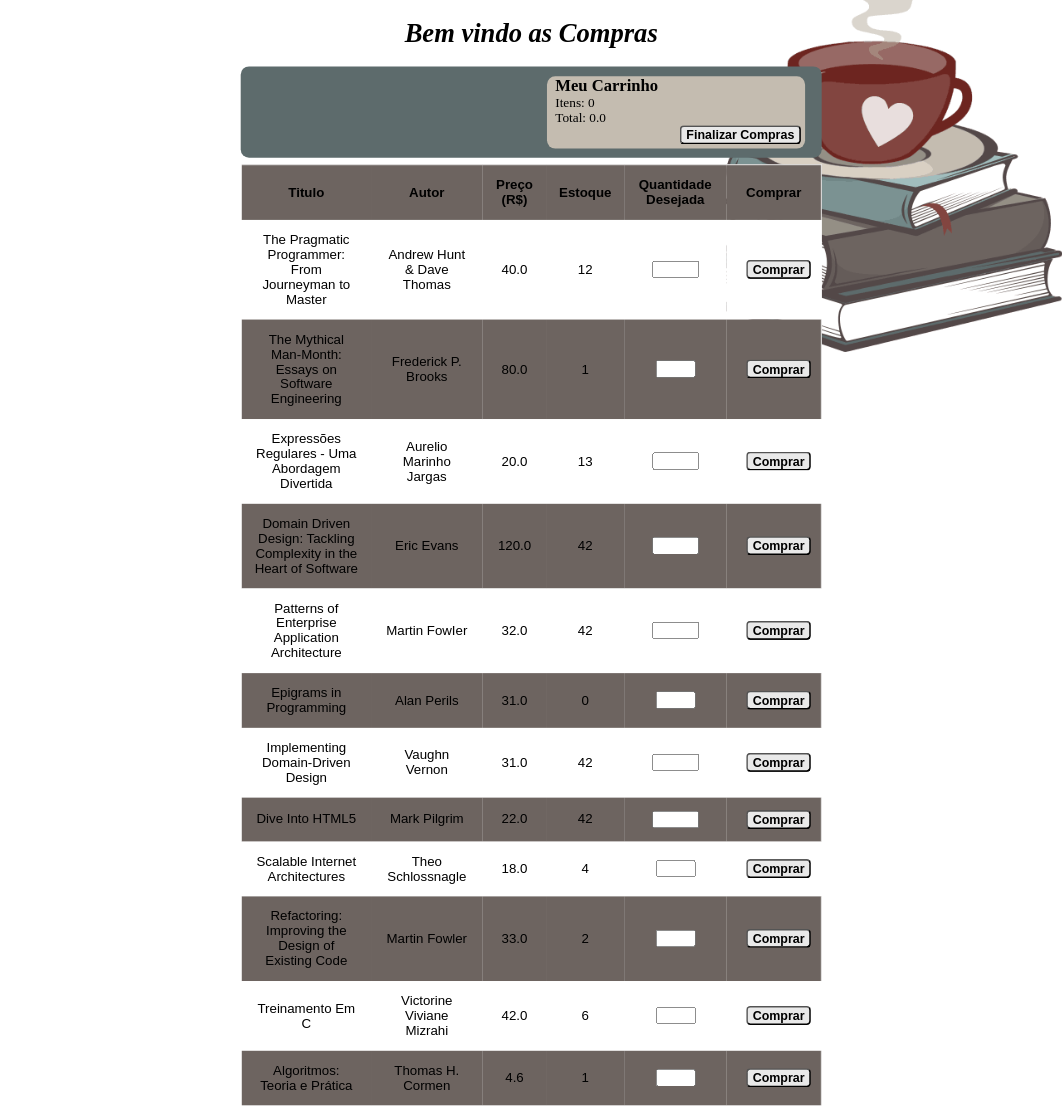
Repository: gabriellacrystina/ProjetoTegra
Page: http://localhost/book-store/Produtos
An editor plug-in stored every save of this project. The page is shown before and after the next save, followed by the edit.
The browser window is 1280 px wide. The pictures show the whole page, at 83% of full size.
Backgrounds fixed to the window are drawn as part of the page. The page is served by Tomcat 9. Other server files are loaded and not shown.

Above is the page before, as saved 2016-07-06 20:33:10.

### book-store/WebContent/index.jsp
<%@ page language="java" contentType="text/html; charset=UTF-8"
    pageEncoding="UTF-8"%>
<%@ page import="model.Produto" %>
<%@ page import="model.Item" %>
<%@ page import="java.util.ArrayList" %>
<%@ page import="java.util.List" %>

<!DOCTYPE html PUBLIC "-//W3C//DTD HTML 4.01 Transitional//EN" "http://www.w3.org/TR/html4/loose.dtd">
<html>
	<head>
		<meta http-equiv="Content-Type" content="text/html; charset=UTF-8">
		<link rel="stylesheet" type="text/css" href="book_store_stile.css">
		<script src="controle-compra.js"></script>
		<title>BookStore</title>
	</head>
	<body>
		<div class="cabecalho">
			<h1>Bem vindo as Compras</h1>
		</div>
		<%
			//Retirar esta lógica daqui!!
			ArrayList<Item> livrosEscolhidos = (ArrayList<Item>)session.getAttribute("listaItens");
			int qtde=0;
			double total=0;
			if( livrosEscolhidos != null){
				for(Item i: livrosEscolhidos){
					qtde = qtde + i.getQuantidade();
					total = total +  i.getProduto().getPreco() * i.getQuantidade();

				}
			}
		%>
			<div class="meu-carrinho">
				<div class="carrinho">
					<label id="meu-carrinho">Meu Carrinho</label><br>
						Itens: <output class="lbl-itens" id="qtde-itens" name="quantidade-itens"><%=qtde%></output><br>
						Total: <output class="lbl-total" id="total" name="total-itens"><%=total%></output><br>
						<a href="meuCarrinho.jsp"><button type="submit" class="btn" id="btn-finalizar-compra">Finalizar Compras</button></a>
				</div>
			</div>

			<table id="tbl-books">
			  <tr>
			    <th>Titulo</th>
			    <th>Autor</th>
			    <th>Preço (R$)</th>
			    <th>Estoque</th>
			    <th>Quantidade Desejada</th>
			    <th>Comprar</th>
			  </tr>
			  <%
				List<Produto> produtos = (ArrayList<Produto>)session.getAttribute("listaProdutos");
			  	for(Produto p: produtos){
		  		%>
		  			<tr class="livros">
						<td class="nome-livro"><%= p.getTitulo() %></td>
						<td class="nome-autor"><%= p.getAutor() %></td>
						<td class="preco"><%= p.getPreco() %></td>
						<td class="estoque"><%= p.getEstoque() %></td>
						<td><input type="number" name="qtde-desejada" min="1" max="<%= p.getEstoque()%>" maxlength="2" size="2"></input></td>
						<td>
							<form action="Produtos" method="post" name="produtos" >
								<input type="hidden" name="id-livro" value="<%=p.getId()%>">
								<button class="btn btn-comprar" type="submit">Comprar</button>
							</form>

						</td>
					</tr>
		  		<%
			  	}
			  %>
			</table>
		</body>
</html>

### book-store/src/servlet/BuscaProdutos.java
package servlet;

import java.io.IOException;

import javax.servlet.ServletException;
import javax.servlet.annotation.WebServlet;
import javax.servlet.http.HttpServlet;
import javax.servlet.http.HttpServletRequest;
import javax.servlet.http.HttpServletResponse;
import javax.servlet.http.HttpSession;

import java.util.ArrayList;
import java.util.List;

import model.Item;
import model.Produto;
import dao.ProdutoDAO;

/**
 * Servlet implementation class BuscaProdutos
 * Classe responsavel por gerar uma lista estatica de produtos;
 * E ainda montar uma lista de livros escolhidos pelo o usuário.
 *
 */
@WebServlet("/Produtos")
public class BuscaProdutos extends HttpServlet {
	private static final long serialVersionUID = 1L;

    /**
     * @see HttpServlet#HttpServlet()
     */
    public BuscaProdutos() {
        super();
        // TODO Auto-generated constructor stub
    }

	/**
	 * @see HttpServlet#doGet(HttpServletRequest request, HttpServletResponse response)
	 */
	protected void doGet(HttpServletRequest request, HttpServletResponse response) throws ServletException, IOException {

		HttpSession sessao = request.getSession();

		//Gerando lista estatica.
		List<Produto> produtos = new ProdutoDAO().getListaProdutos();

		//colocando na sessao a lista de produtos
		sessao.setAttribute("listaProdutos", produtos);

		//redirecionar pro index.
		request.getRequestDispatcher("index.jsp").forward(request, response);
	}

	/**
	 * @see HttpServlet#doPost(HttpServletRequest request, HttpServletResponse response)
	 */
	protected void doPost(HttpServletRequest request, HttpServletResponse response) throws ServletException, IOException {
		HttpSession sessao = request.getSession();
		Item item = new Item();
		Produto produto;
		double subtotal = 0, total=0;
		Integer indice, quantidade=0, qtdeLivros=0;
		Item itemEncontrado = null;

		//captura Lista de Produtos e LivrosEscolhidos da sessao.
		List<Produto> produtos = (ArrayList<Produto>) sessao.getAttribute("listaProdutos");
		ArrayList<Item> livrosEscolhidos = (ArrayList<Item>) sessao.getAttribute("listaItens");

		if(livrosEscolhidos == null){
			livrosEscolhidos = new ArrayList<Item>();
			sessao.setAttribute("listaItens", livrosEscolhidos);
		}

		//Indice do livro
		indice = Integer.parseInt(request.getParameter("id-livro"));
		produto = produtos.get(indice);

		if(produto.contemEstoqueDisponivel()){
			/**Montando um item para adicionar em livrosEscolhidos.**/
			//Se a lista estiver vazia
			if(livrosEscolhidos.isEmpty()){
				//add item
				item.setProduto(produto);

				quantidade = item.getQuantidade() + 1;
				item.setQuantidade(quantidade);

				subtotal = quantidade * produto.getPreco();
				item.setSubtotal(subtotal);

				livrosEscolhidos.add(item);

				produto.atualizaEstoqueVenda();
			}else{
				//Senao percorre a lista
				for(int i=0; i<livrosEscolhidos.size(); i++){
					//verifica se o item a ser adicionado já existe na lista de livros Escolhidos
					if(produto.getTitulo().equals(livrosEscolhidos.get(i).getProduto().getTitulo())){
						itemEncontrado = livrosEscolhidos.get(i);
					}
				}
				//item já existe na lista?
				if(itemEncontrado != null){
					//atualiza a quantidade e o subtotal deste item
					itemEncontrado.adicionarQuantidade();

					itemEncontrado.adicionarSubtotal(produto.getPreco());

					produto.atualizaEstoqueVenda();
				}else{
					//senao adiciona um novo item na lista
					item.setProduto(produto);

					quantidade = item.getQuantidade() + 1;
					item.setQuantidade(quantidade);

					subtotal = quantidade * produto.getPreco();
					item.setSubtotal(subtotal);

					livrosEscolhidos.add(item);

					produto.atualizaEstoqueVenda();
				}
			}
		}

		//Total de livros e valor correspondente
		if( livrosEscolhidos != null){
			for(Item i: livrosEscolhidos){
				qtdeLivros = qtdeLivros + i.getQuantidade();
				total = total +  i.getProduto().getPreco() * i.getQuantidade();
			}
		}

		sessao.setAttribute("qtdeLivros", qtdeLivros);
		sessao.setAttribute("total", total);
		request.getRequestDispatcher("index.jsp").forward(request, response);
	}
}

### book-store/src/dao/ProdutoDAO.java
package dao;

import java.util.ArrayList;
import java.util.List;

import model.Produto;

/**
 * Produto(Data Object Access)
 *
 * Classe que simula acesso ao banco de dados
 */

public class ProdutoDAO {

	private final static List<Produto> listaProdutos = new ArrayList<>();

	static{
		adicionaProduto(new Produto("The Pragmatic Programmer: From Journeyman to Master", "Andrew Hunt & Dave Thomas", 40.00, 12));
		adicionaProduto(new Produto("The Mythical Man-Month: Essays on Software Engineering", "Frederick P. Brooks", 80.00, 1));
		adicionaProduto(new Produto("Expressões Regulares - Uma Abordagem Divertida", "Aurelio Marinho Jargas",20.00 ,13 ));
		adicionaProduto(new Produto("Domain Driven Design: Tackling Complexity in the Heart of Software", "Eric Evans", 120.00, 42));
		adicionaProduto(new Produto("Patterns of Enterprise Application Architecture", "Martin FowIer", 32.00, 42));
		adicionaProduto(new Produto("Epigrams in Programming", "Alan Perils", 31.00, 0));
		adicionaProduto(new Produto("Implementing Domain-Driven Design", "Vaughn Vernon", 31.00, 42));
		adicionaProduto(new Produto("Dive Into HTML5", "Mark Pilgrim", 22.00, 42));
		adicionaProduto(new Produto("Scalable Internet Architectures", "Theo Schlossnagle", 18.00, 4));
		adicionaProduto(new Produto("Refactoring: Improving the Design of Existing Code", "Martin Fowler", 33.00, 2));
		adicionaProduto(new Produto("Treinamento Em C", "Victorine Viviane Mizrahi", 42.00, 6));
		adicionaProduto(new Produto("Algoritmos: Teoria e Prática", "Thomas H. Cormen", 4.60, 1));
	}


	//Metodo que gera id automático e adiciona um produto na lista.
	private static void adicionaProduto(Produto produto){
		int id = listaProdutos.size();
		produto.setId(id);
		listaProdutos.add(produto);
	}

	public List<Produto> getListaProdutos(){
		return listaProdutos;
	}
}

### book-store/src/model/Produto.java
package model;

public class Produto {

	private int id;
	private String titulo;
	private String autor;
	private Double preco;
	private int estoque;

	public Produto(String titulo, String autor, Double preco, int estoque) {
		this.titulo = titulo;
		this.autor = autor;
		this.preco = preco;
		this.estoque = estoque;
	}

	public int getId(){
		return id;
	}

	public void setId(int id){
		this.id = id;
	}

	public String getTitulo() {
		return titulo;
	}

	public String getAutor() {
		return autor;
	}

	public Double getPreco() {
		return preco;
	}

	public int getEstoque() {
		return estoque;
	}

	public void atualizaEstoqueVenda(){
		this.estoque -= 1;
	}

	public void atualizaEstoqueDevolucao(){
		this.estoque += 1;
	}
}

### book-store/WebContent/book_store_stile.css
@CHARSET "ISO-8859-1";

body {
	background-image: url("teste.png");
	background-repeat: no-repeat;
	background-position: right top;
	background-attachment: fixed;
    width: 700px;
    margin-left: auto;
	margin-right: auto;
}

h1 {
	font-style: oblique;
	text-align: center;
    color: #000000;
}

#tbl-books {
	width: 100%;
	font-family: "Arial", "Helvetica", sans-serif;
	border: 1px solid #ffffff;
    border-collapse: collapse;

}

#tbl-books tr:nth-child(even){
	background-color: #FFFFFF
}

#tbl-books tr:nth-child(odd){
	background-color: #6D6460;

}

th, td {
    padding: 15px;
    text-align: center;
}

.meu-carrinho{
	width: 100%;
	height: 110px;
	border-radius: 10px;
    padding: 12px 20px;
    margin: 8px 0;
    box-sizing: border-box;
	background-color: #5D6B6C;
	margin-left: auto;
	margin-right: auto;
}
.carrinho{
	float: right;
	background-color: #c4bcb0;
	border-radius: 10px;
	padding-left: 10px;
	padding-bottom: 5px;
	margin-left: auto;
	margin-right: auto;
}

#meu-carrinho{
	font-size: 20px;
	font-weight: bold;
}

.btn {
	font-family: "Arial", "Helvetica", sans-serif;
	border-radius: 5px;
	font-size: 15px;
	font-weight: bold;
	margin-left: 150px;
	margin-right: 5px;
	background-color: #e9e9e9;
}

.btn-comprar{
	margin-left: 10%;
}

.it-carrinho{
	margin-right: 150px;
}

### book-store/WebContent/controle-compra.js
/**
 * Controle de Compra. Arquivo que valida dados do arquivo index.jsp
 */

//capturando a lista de objetos pacientes da tabela
var trLivros = document.getElementsByClassName("livros");

for(var i=0; i < trLivros.length; i++ ){
	var livroTr = trLivros[i];

	var tdId = livroTr.getElementsByClassName("id-livro");
	var tdNomeLivro = livroTr.getElementsByClassName("nome-livro");
	var tdNomeAutor = livroTr.getElementsByClassName("nome-autor");
	var tdPreco =livroTr.getElementsByClassName("preco");
	var tdEstoque = livroTr.getElementsByClassName("estoque");

	var LivroAtual = {
		id : tdId.textContent,
		nomeLivro : tdNomeLivro.textContent,
		nomeAutor : tdNomeAutor.textContent,
		preco : tdPreco.textContent,
		estoque : tdEstoque.textContent,
		validaEstoque : function(){
			if(this.estoque == 0){
				alert("Produto indisponível em estoque!!");
			}
		}
	}
}


function validaCarrinho(){
	var qtdeItens = document.getElementById("qtde-itens").textContent;

	if(qtdeItens == 0){
		alert("Não há itens no carrinho!!");
	}
}

After the next save:
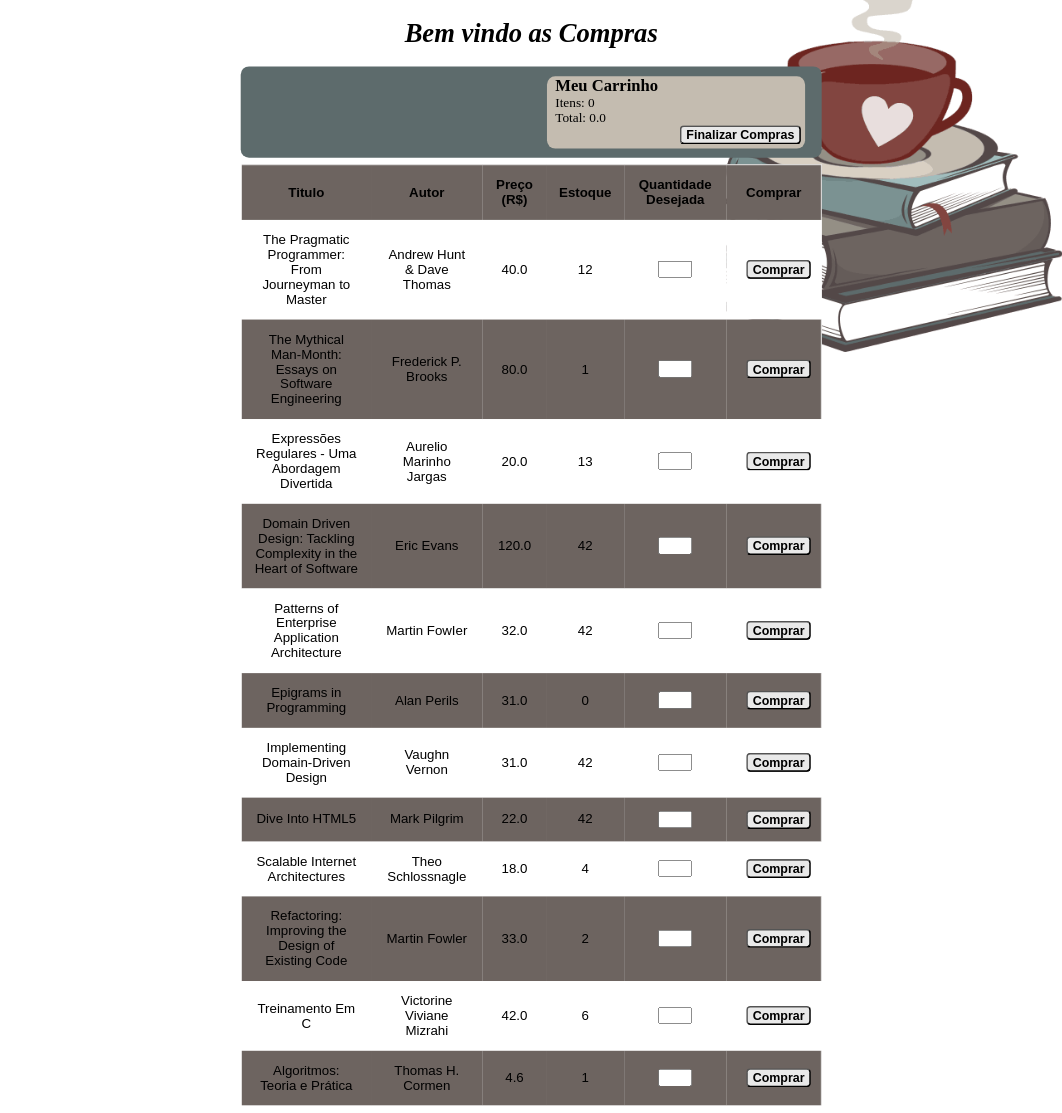
Saved 81 s later.
--- a/book-store/WebContent/index.jsp
+++ b/book-store/WebContent/index.jsp
@@ -57,7 +57,7 @@
 						<td class="nome-autor"><%= p.getAutor() %></td>
 						<td class="preco"><%= p.getPreco() %></td>
 						<td class="estoque"><%= p.getEstoque() %></td>
-						<td><input type="number" name="qtde-desejada" min="1" max="<%= p.getEstoque()%>" maxlength="2" size="2"></input></td>
+						<td><input type="text" name="qtde-desejada" min="1" max="<%= p.getEstoque()%>" maxlength="2" size="2"></input></td>
 						<td>
 							<form action="Produtos" method="post" name="produtos" >
 								<input type="hidden" name="id-livro" value="<%=p.getId()%>">
